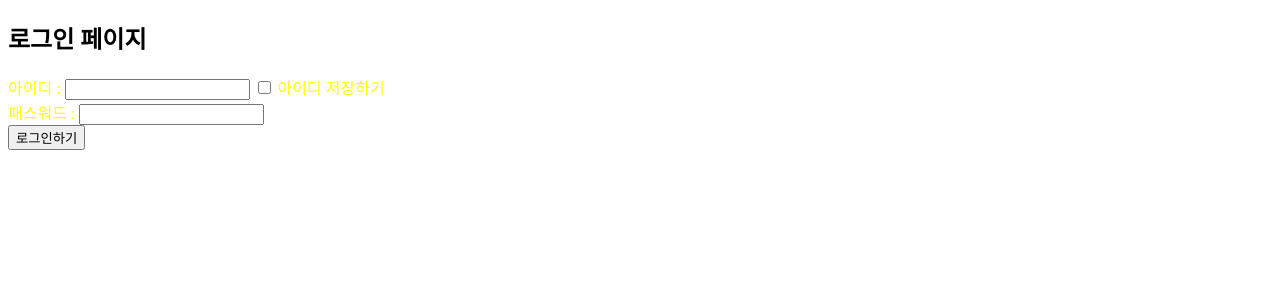
Repository: Park-Dongheon/Servlet-JSP_Training
Page: http://localhost/MustHaveJSP/05JDBC/IdSaveMain.jsp
An editor plug-in stored every save of this project. The page is shown before and after the next save, followed by the edit.
The browser window is 1280 px wide. The pictures show the whole page.
The page is served by Tomcat 10.

Above is the page before, as saved 2024-06-13 07:29:42.

After the next save:
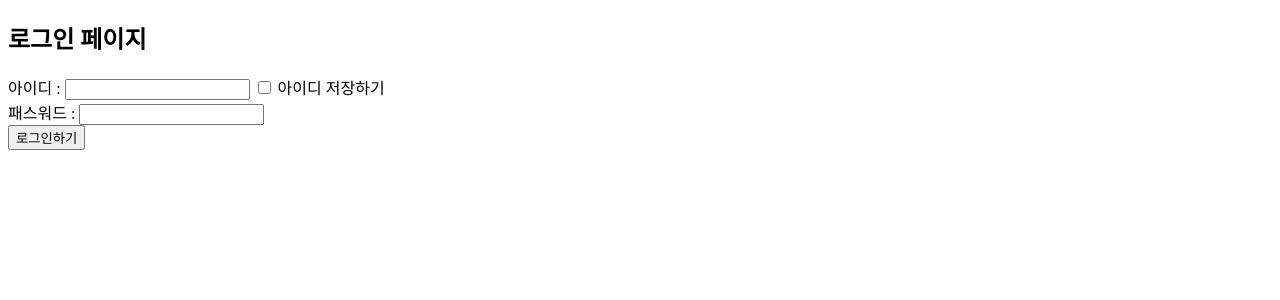
Saved 26 s later.
--- a/MustHaveJSP/src/main/webapp/05JDBC/IdSaveMain.jsp
+++ b/MustHaveJSP/src/main/webapp/05JDBC/IdSaveMain.jsp
@@ -16,8 +16,8 @@ if (!loginId.equals("")) {
 <title>Cookie - 아이디 저장하기</title>
 <style>
 	form {
-		position: ; top:100px; left:100px; color:yellow;
-		width:500px; height:100px; background-color:emerald;
+		position: ; top:100px; left:100px; color:emerald;
+		width:500px; height:100px; background-color:white;
 	}
 </style>
 </head>
